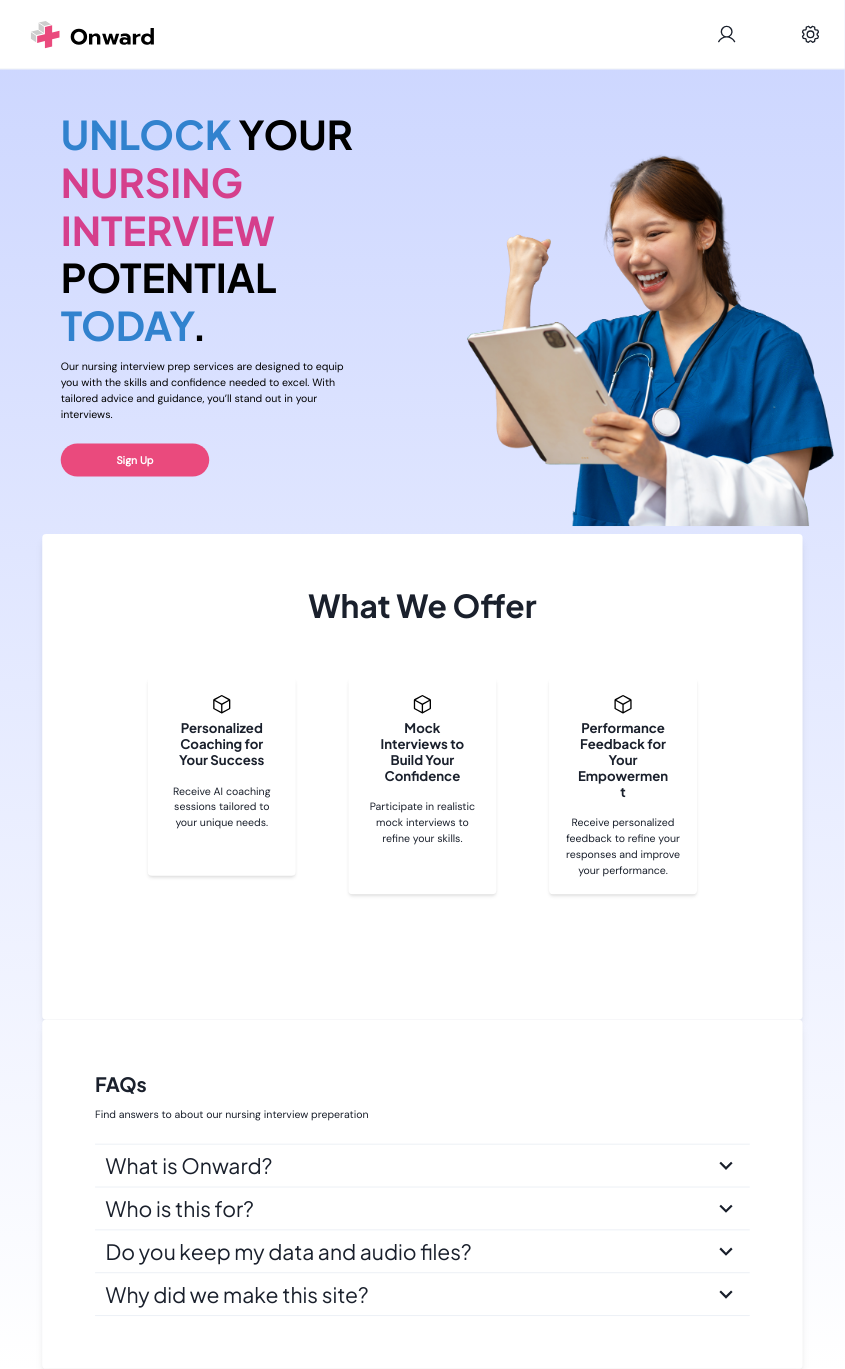
Repository: Aladdin3r/onward
Page: /landing-page
These files come from the project's save history. The page is drawn as it stood at one moment and after a run of saves; the edit follows.
The browser window is 1280 px wide. The pictures show the whole page, at 66% of full size.
The project was rebuilt for these pictures with package versions that can differ from the ones it lists, and the page was loaded fresh each time. The framework's server and built-in components were replaced by stand-ins that run in the browser. Also part of the build but not shown: next.config.mjs.

Above is the page before, as saved 2024-10-29 03:18:27.

### pages/_app.js
import { ChakraProvider } from "@chakra-ui/react";
import theme from "@/styles/theme";

function MyApp({ Component, pageProps }) {
  return (
    <ChakraProvider theme={theme}>
      <Component {...pageProps} />
    </ChakraProvider>
  );
}

export default MyApp;

### pages/_document.js
import { Html, Head, Main, NextScript } from "next/document";

export default function Document() {
  return (
    <Html lang="en">
      <Head>
        <link
          href="https://fonts.googleapis.com/css2?family=DM+Sans:wght@400&family=Plus+Jakarta+Sans:wght@400;600;700&display=swap"
          rel="stylesheet"
        />
      </Head>
      <body>
        <Main />
        <NextScript />
      </body>
    </Html>
  );
}

### pages/landing-page.js
import {
    Box,
    Flex,
    Heading,
    Text,
    Stack,
    Button,
    Accordion,
    AccordionItem,
    AccordionButton,
    AccordionPanel,
    AccordionIcon,
    Image
} from "@chakra-ui/react";
import TopNav from "@/styles/components/TopNav";
import { useRouter } from 'next/router';

export default function Home() {
    const router = useRouter();

    // Button action function
    const handleSignUp = () => {
        router.push('/signup'); // Navigate to the sign-up page
    };

    return (
        <Box
            bgGradient="linear(to-b, #CBD5FF, #FFFFFF)"
            minH="100vh"

        >
            {/* Hero Section */}
            <TopNav />

            <Flex
                p={3}
                width="100%"
                mb={0}
                flexDirection="row"
                alignItems="center"
                justifyContent="space-between"
                gap="2rem"
            >
                <Flex flexDirection="column" zIndex={1} ml="20">
                    <Heading
                        fontFamily="heading"
                        fontSize="6xl"
                        fontWeight="bold"
                        width="88%"
                        mb={4}
                    >
                        <Text as="span" color="blue.500">UNLOCK </Text>
                        <Text as="span" color="black">YOUR </Text>
                        <Text as="span" color="pink.500">NURSING INTERVIEW </Text>
                        <Text as="span" color="black">POTENTIAL </Text>
                        <Text as="span" color="blue.500">TODAY</Text>
                        <Text as="span" color="black">. </Text>
                    </Heading>
                    <Text fontFamily="body" fontSize="x" color="black" mb={6} width="78%">
                        Our nursing interview prep services are designed to equip you with the skills and confidence needed to excel. With tailored advice and guidance, you’ll stand out in your interviews.
                    </Text>
                    <Button
                        mt="2"
                        bg="#EA4A7D"
                        color="#FFFFFF"
                        width="50%"
                        height="50px"
                        maxW="225px"
                        fontWeight="semibold"
                        fontSize="16px"
                        borderRadius="full"
                        px="6"
                        mb="6"
                    >
                        Sign Up
                    </Button>
                </Flex>

                <Box width="45%" flexShrink={0}>
                    <Image
                        src="/images/ipad-nurse.png"
                        alt="IPad Nurse"
                        width="100%"
                        height="auto"
                        objectFit="cover"
                    />
                </Box>
            </Flex>


            {/* What We Offer Section */}
            <Box p={40} textAlign="center" borderRadius="md" boxShadow="lg" maxW="90%" mx="auto"bg={"white"} >
                <Heading fontFamily="heading" fontSize="5xl" mb={20} mt={-20}>What We Offer</Heading>
                <Flex justify="center" gap={20} mb={30}>
                    <Stack width="300px" height="300px" borderRadius="md" boxShadow="md" p={6} textAlign="center" alignItems="center">
                        <svg xmlns="http://www.w3.org/2000/svg" width="32" height="32" fill="#000000" viewBox="0 0 256 256"><path d="M223.68,66.15,135.68,18h0a15.88,15.88,0,0,0-15.36,0l-88,48.17a16,16,0,0,0-8.32,14v95.64a16,16,0,0,0,8.32,14l88,48.17a15.88,15.88,0,0,0,15.36,0l88-48.17a16,16,0,0,0,8.32-14V80.18A16,16,0,0,0,223.68,66.15ZM128,32h0l80.34,44L128,120,47.66,76ZM40,90l80,43.78v85.79L40,175.82Zm96,129.57V133.82L216,90v85.78Z"></path></svg>
                        <Heading width="80%" fontFamily="heading" fontSize="xl" mb={4}>Personalized Coaching for Your Success</Heading>
                        <Text fontFamily="body">
                            Receive AI coaching sessions tailored to your unique needs.
                        </Text>
                    </Stack>
                    <Stack width="300px" borderRadius="md" boxShadow="md" p={6} textAlign="center" alignItems="center">
                        <svg xmlns="http://www.w3.org/2000/svg" width="32" height="32" fill="#000000" viewBox="0 0 256 256"><path d="M223.68,66.15,135.68,18h0a15.88,15.88,0,0,0-15.36,0l-88,48.17a16,16,0,0,0-8.32,14v95.64a16,16,0,0,0,8.32,14l88,48.17a15.88,15.88,0,0,0,15.36,0l88-48.17a16,16,0,0,0,8.32-14V80.18A16,16,0,0,0,223.68,66.15ZM128,32h0l80.34,44L128,120,47.66,76ZM40,90l80,43.78v85.79L40,175.82Zm96,129.57V133.82L216,90v85.78Z"></path></svg>
                        <Heading width="80%" fontFamily="heading" fontSize="xl" mb={4}>Mock Interviews to Build Your Confidence</Heading>
                        <Text fontFamily="body">
                            Participate in realistic mock interviews to refine your skills.
                        </Text>
                    </Stack>
                    <Stack width="300px" borderRadius="md" boxShadow="md" p={6} textAlign="center" alignItems="center">
                        <svg xmlns="http://www.w3.org/2000/svg" width="32" height="32" fill="#000000" viewBox="0 0 256 256"><path d="M223.68,66.15,135.68,18h0a15.88,15.88,0,0,0-15.36,0l-88,48.17a16,16,0,0,0-8.32,14v95.64a16,16,0,0,0,8.32,14l88,48.17a15.88,15.88,0,0,0,15.36,0l88-48.17a16,16,0,0,0,8.32-14V80.18A16,16,0,0,0,223.68,66.15ZM128,32h0l80.34,44L128,120,47.66,76ZM40,90l80,43.78v85.79L40,175.82Zm96,129.57V133.82L216,90v85.78Z"></path></svg>
                        <Heading width="80%" fontFamily="heading" fontSize="xl" mb={4}>Performance Feedback for Your Empowerment</Heading>
                        <Text fontFamily="body">
                            Receive personalized feedback to refine your responses and improve your performance.
                        </Text>
                    </Stack>
                </Flex>
            </Box>

            {/* FAQ Section */}
            <Box p={20} borderRadius="md" boxShadow="lg" maxW="90%" mx="auto" bg={"white"}>
                <Heading fontFamily="heading" fontSize="3xl" textAlign="left" mb={4}>FAQs</Heading>
                <Text fontFamily="body" fontSize="s" textAlign="left" mb={8}>
                    Find answers to about our nursing interview preperation
                </Text>
                <Accordion allowToggle>
                    <AccordionItem>
                        <h2>
                            <AccordionButton>
                                <Box as="span" flex="1" textAlign="left" fontFamily="heading">What is Onward?</Box>
                                <AccordionIcon />
                            </AccordionButton>
                        </h2>
                        <AccordionPanel pb={4} fontFamily="body">
                            Onward is an AI-powered personal interview coach designed for nurses to enhance their job interview skills.
                        </AccordionPanel>
                    </AccordionItem>
                    <AccordionItem>
                        <h2>
                            <AccordionButton>
                                <Box as="span" flex="1" textAlign="left" fontFamily="heading">Who is this for?</Box>
                                <AccordionIcon />
                            </AccordionButton>
                        </h2>
                        <AccordionPanel pb={4} fontFamily="body">
                            This service is designed for nurses, especially those new to the Canadian healthcare system.
                        </AccordionPanel>
                    </AccordionItem>
                    <AccordionItem>
                        <h2>
                            <AccordionButton>
                                <Box as="span" flex="1" textAlign="left" fontFamily="heading">Do you keep my data and audio files?</Box>
                                <AccordionIcon />
                            </AccordionButton>
                        </h2>
                        <AccordionPanel pb={4} fontFamily="body">
                            Yes, we securely store data as per our privacy policy to enhance your interview coaching experience.
                        </AccordionPanel>
                    </AccordionItem>
                    <AccordionItem>
                        <h2>
                            <AccordionButton>
                                <Box as="span" flex="1" textAlign="left" fontFamily="heading">Why did we make this site?</Box>
                                <AccordionIcon />
                            </AccordionButton>
                        </h2>
                        <AccordionPanel pb={4} fontFamily="body">
                            Onward aims to empower nurses by providing interview preparation tools tailored to their needs.
                        </AccordionPanel>
                    </AccordionItem>
                </Accordion>
            </Box>        </Box>
    );
}

### styles/theme.js
import { extendTheme } from "@chakra-ui/react";
import { theme as chakraTheme } from "@chakra-ui/react";
import Button from './components/Button';
import { Stepper } from "@chakra-ui/react";

const fonts = {
    ...chakraTheme.fonts,
    body: "DM Sans",
    heading: "Plus Jakarta Sans",
}

const overrides = {
    ...chakraTheme,
    fonts,
    components: {
        Button: {
            ...Button,
        },
    },
    fontWeights: {
        normal: 400,
        medium: 500,
        bold: 700,
    },
    fontSizes: {
        xxs: "14pt",
        xs: "16pt",
        sm: "20pt",
        md: "24pt",
        lg: "32pt",
    },
    colors: {
       brand: {
        blushPink: "#EA4A7D",
        pastelBlue: "#CBD5FF",
        blueberryCreme: "#EBEFFF",
        frostWhite: "#FAFAFA",
        nightBlack: "#1f1f1f",
        platinum: "#e2e2e2",
        confirmationGreen: "#61CD3D",
        imperialRed: "EA4A4D",
        canaryYellow: "#EAE84A",
        oceanBlue: "#214DDF",
        pureWhite: "#FFFFFF"
        }
    },
    styles: {
        global: {
            body: {
                bg: "frostWhite",
            },
        },
    },
}

const customTheme = extendTheme(overrides);

export default customTheme;

### styles/components/TopNav.js
'use client'
import {
    Box,
    Flex,
    useColorModeValue,
    IconButton,
    Image,
    Link,
} from "@chakra-ui/react";
import { User, Gear } from "@phosphor-icons/react";

export default function TopNav() {
    const bgColor = useColorModeValue('#fff', 'brand.nightBlack');

    return (
        <Box bg={bgColor} px={4} borderBottom="1px solid #E6EAF2">
            <Flex h={"104px"} alignItems={'center'} justifyContent={'space-between'}>
                <Box fontSize={{ base: 'md', md: 'lg' }}>
                    <Link href="/">
                        <Image src="logo.svg" boxSize="253px" alt="Onward Logo" style={{ padding: "30px" }} />
                    </Link>
                </Box>
                <Flex alignItems={'center'}>
                    <Link href="/user">
                        <IconButton
                            aria-label="User settings"
                            icon={<User />}
                            variant="ghost"
                            mr="55px"
                        />
                    </Link>
                    <Link href="/settings">
                        <IconButton
                            aria-label="Settings"
                            icon={<Gear />}
                            variant="ghost"
                        />
                    </Link>
                </Flex>
            </Flex>
        </Box>
    );
}

### styles/components/Button.js
const Button = {
    baseStyle: {
      display: 'flex',
      borderRadius: '999px',
      fontFamily: 'DM Sans',
      _hover: {
        boxShadow: '0px 4px 4px 0px rgba(0, 0, 0, 0.45)',
      },
      padding: 3,
    },
    sizes: {
      xs: {
        fontSize: ['12pt', '14pt', '16pt'], // Responsive font sizes for xs
        px: [2, 3], // Responsive padding
      },
      sm: {
        fontSize: ['14pt', '16pt', '20pt'],
        px: [2, 4],
      },
      md: {
        fontSize: ['16pt', '20pt', '24pt'],
        px: [3, 5],
      },
      lg: {
        fontSize: ['20pt', '28pt', '32pt'],
        px: [4, 6],
      },
    },
    variants: {
      lgPrimary: {
        bg: 'brand.blushPink',
        color: 'brand.frostWhite',
        width: ['100%', '325px'], // 100% width on smaller screens
        height: '72px',
        fontSize: ['20pt', '28pt', '32pt'], // Responsive font size
        borderRadius: '999px',
      },
      mdPrimary: {
        bg: 'brand.blushPink',
        color: 'brand.frostWhite',
        width: ['100%', '225px'],
        height: '72px',
        fontSize: ['16pt', '20pt', '24pt'],
        borderRadius: '999px',
      },
      smPrimary: {
        bg: 'brand.blushPink',
        color: 'brand.frostWhite',
        width: ['100%', '150px'],
        height: '64px',
        fontSize: ['14pt', '16pt', '20pt'],
        borderRadius: '999px',
      },
      xsPrimary: {
        bg: 'brand.blushPink',
        color: 'brand.frostWhite',
        width: ['100%', '117px'],
        height: '32px',
        fontSize: ['12pt', '14pt', '18pt'],
        borderRadius: '999px',
      },
      lgSecondary: {
        bg: 'brand.platinum',
        color: 'brand.nightBlack',
        width: ['100%', '325px'],
        height: '72px',
        fontSize: ['20pt', '28pt', '32pt'],
        borderRadius: '999px',
        _hover: {
          bg: 'brand.blushPink',
          color: 'brand.frostWhite',
          boxShadow: '0px 4px 4px 0px rgba(0, 0, 0, 0.45)',
        },
      },
      mdSecondary: {
        bg: 'brand.platinum',
        color: 'brand.nightBlack',
        width: ['100%', '225px'],
        height: '72px',
        fontSize: ['16pt', '20pt', '24pt'],
        borderRadius: '999px',
        _hover: {
          bg: 'brand.blushPink',
          color: 'brand.frostWhite',
          boxShadow: '0px 4px 4px 0px rgba(0, 0, 0, 0.45)',
        },
      },
      smSecondary: {
        bg: 'brand.platinum',
        color: 'brand.nightBlack',
        width: ['100%', '150px'],
        height: '64px',
        fontSize: ['14pt', '16pt', '20pt'],
        borderRadius: '999px',
        _hover: {
          bg: 'brand.blushPink',
          color: 'brand.frostWhite',
          boxShadow: '0px 4px 4px 0px rgba(0, 0, 0, 0.45)',
        },
      },
      xsSecondary: {
        bg: 'brand.platinum',
        color: 'brand.nightBlack',
        width: ['100%', '117px'],
        height: '32px',
        fontSize: ['12pt', '14pt', '18pt'],
        borderRadius: '999px',
        _hover: {
          bg: 'brand.blushPink',
          color: 'brand.frostWhite',
          boxShadow: '0px 4px 4px 0px rgba(0, 0, 0, 0.45)',
        },
      },
    },
  };

  export default Button;

After the next 4 saves:
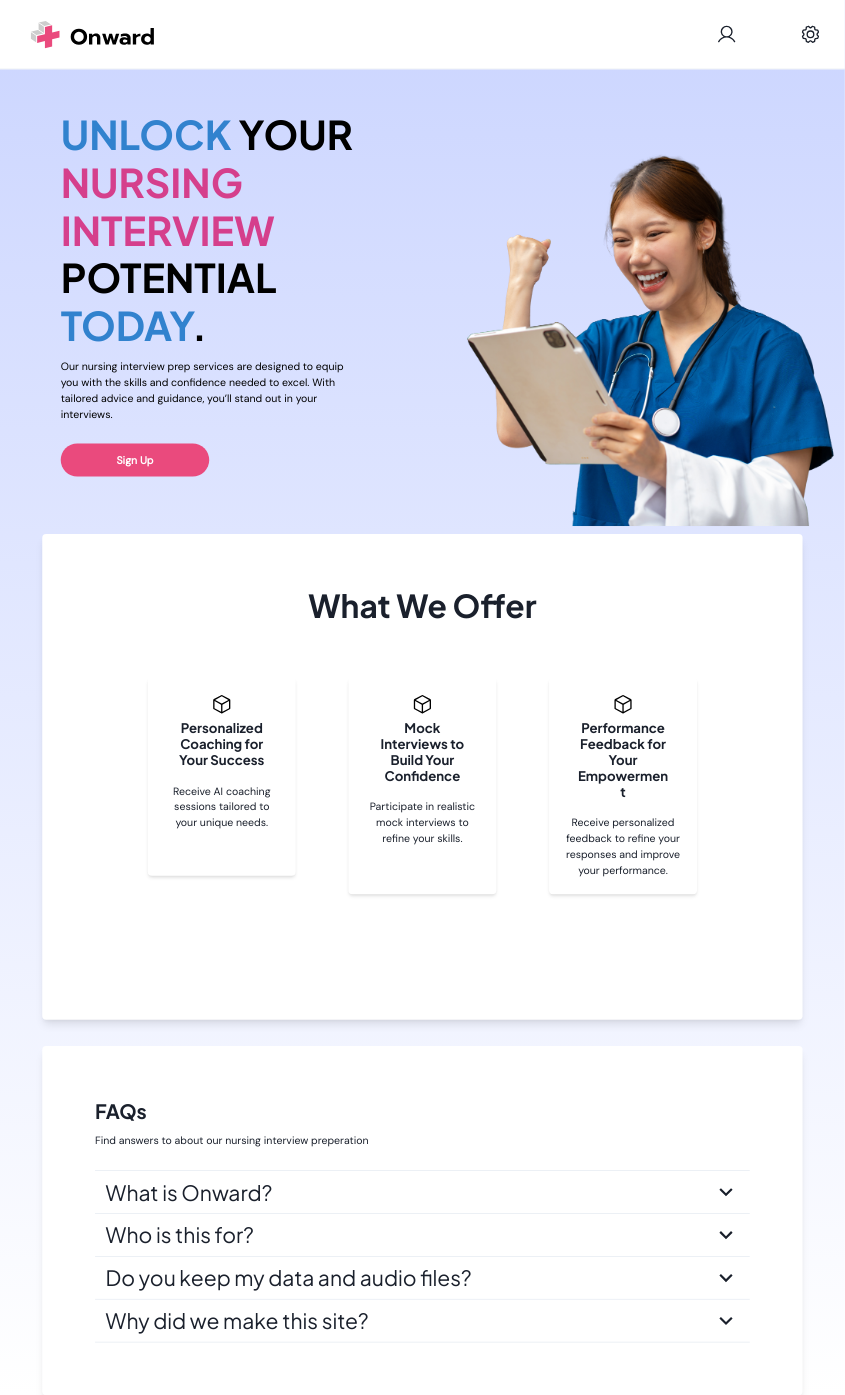
The 4 saves are shown as one change because 1 did not build or start and some came seconds apart.
The last was saved 17 s later.
--- a/pages/landing-page.js
+++ b/pages/landing-page.js
@@ -117,7 +117,7 @@ export default function Home() {
             </Box>
 
             {/* FAQ Section */}
-            <Box p={20} borderRadius="md" boxShadow="lg" maxW="90%" mx="auto" bg={"white"}>
+            <Box p={20} borderRadius="md" boxShadow="lg" maxW="90%" mx="auto" bg={"white"} mt={10}>
                 <Heading fontFamily="heading" fontSize="3xl" textAlign="left" mb={4}>FAQs</Heading>
                 <Text fontFamily="body" fontSize="s" textAlign="left" mb={8}>
                     Find answers to about our nursing interview preperation
